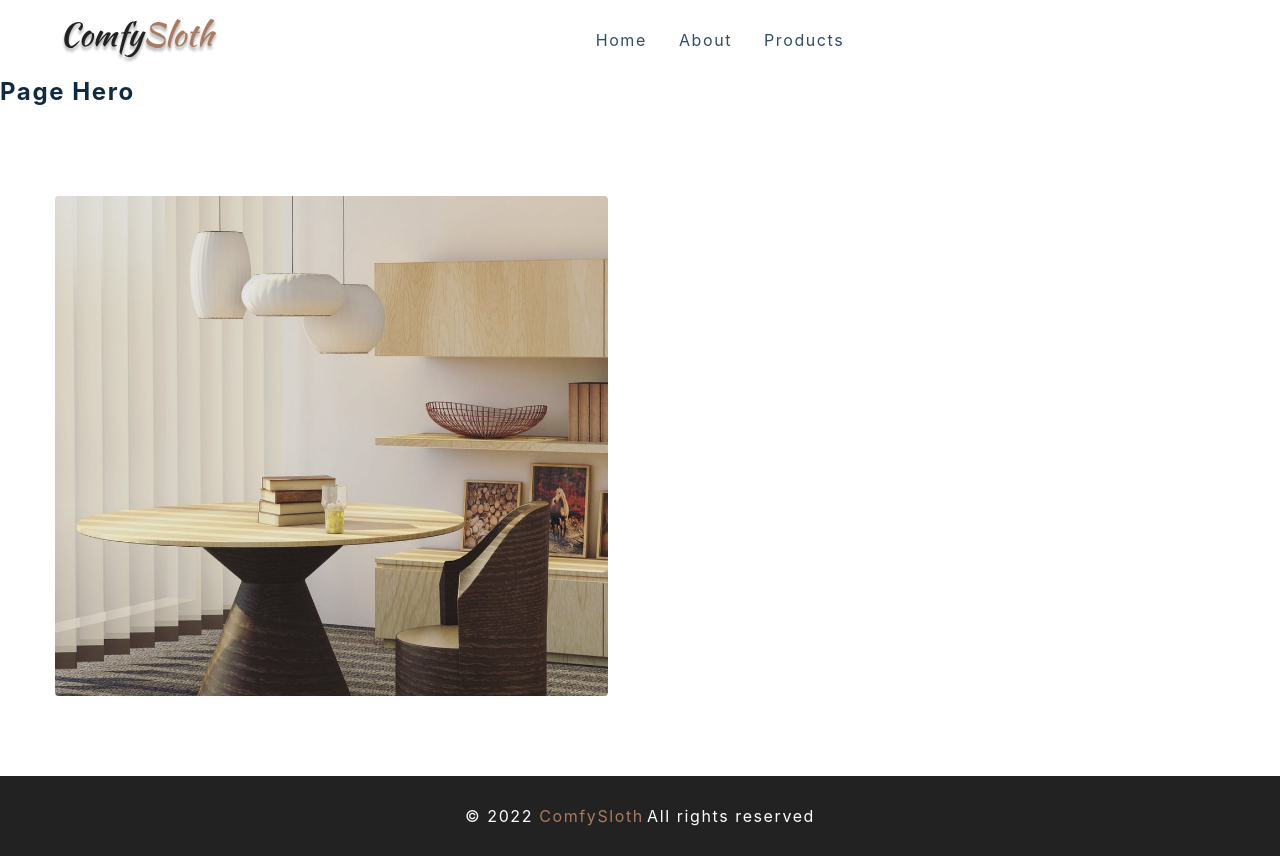
Repository: MateuszWorek/react-comfy-store
Page: /about
An editor plug-in stored every save of this project. The page is shown before and after the next save, followed by the edit.
The browser window is 1280 px wide. The pictures show the whole page.
The project was rebuilt for these pictures with package versions that can differ from the ones it lists, and the page was loaded fresh each time. A package was used in the major version that the imports need, not the one package.json lists. Also part of the build but not shown: src/utils/constants.js, src/components/Error.js, src/components/Loading.js, src/utils/helpers.js, src/components/Product.js, src/components/FeaturedProducts.js, src/reducers/cart_reducer.js, src/context/cart_context.js and 26 more. Imported but missing from the stored project, and not drawn on this page: src/components/AmountButtons.

Above is the page before, as saved 2022-07-12 21:44:31.

After the next save:
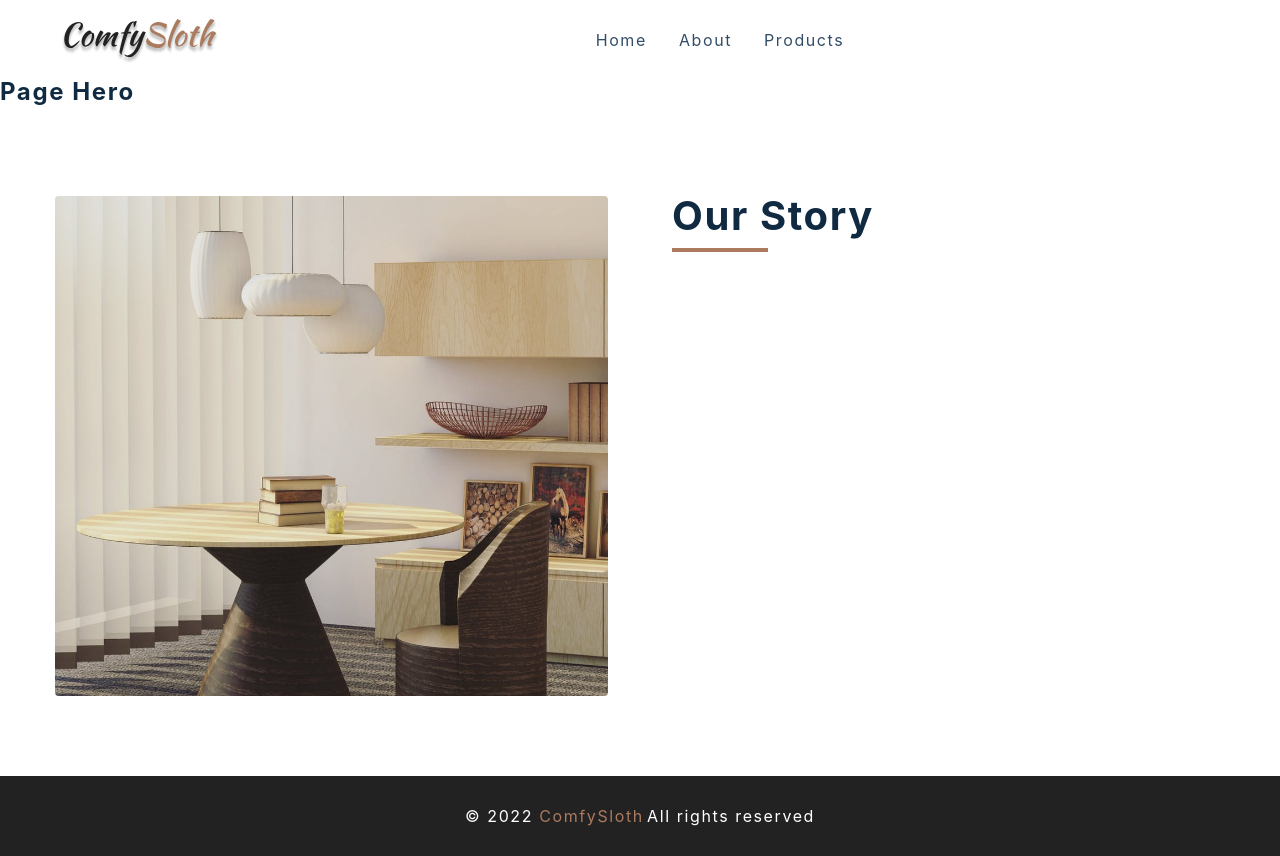
Saved 77 s later.
--- a/src/pages/AboutPage.js
+++ b/src/pages/AboutPage.js
@@ -9,6 +9,12 @@ const AboutPage = () => {
       <PageHero />
       <Wrapper className='page section section-center'>
         <img src={aboutImg} alt='nice desk' />
+        <article>
+          <div className='title'>
+            <h2>our story</h2>
+            <div className='underline'></div>
+          </div>
+        </article>
       </Wrapper>
     </main>
   );
